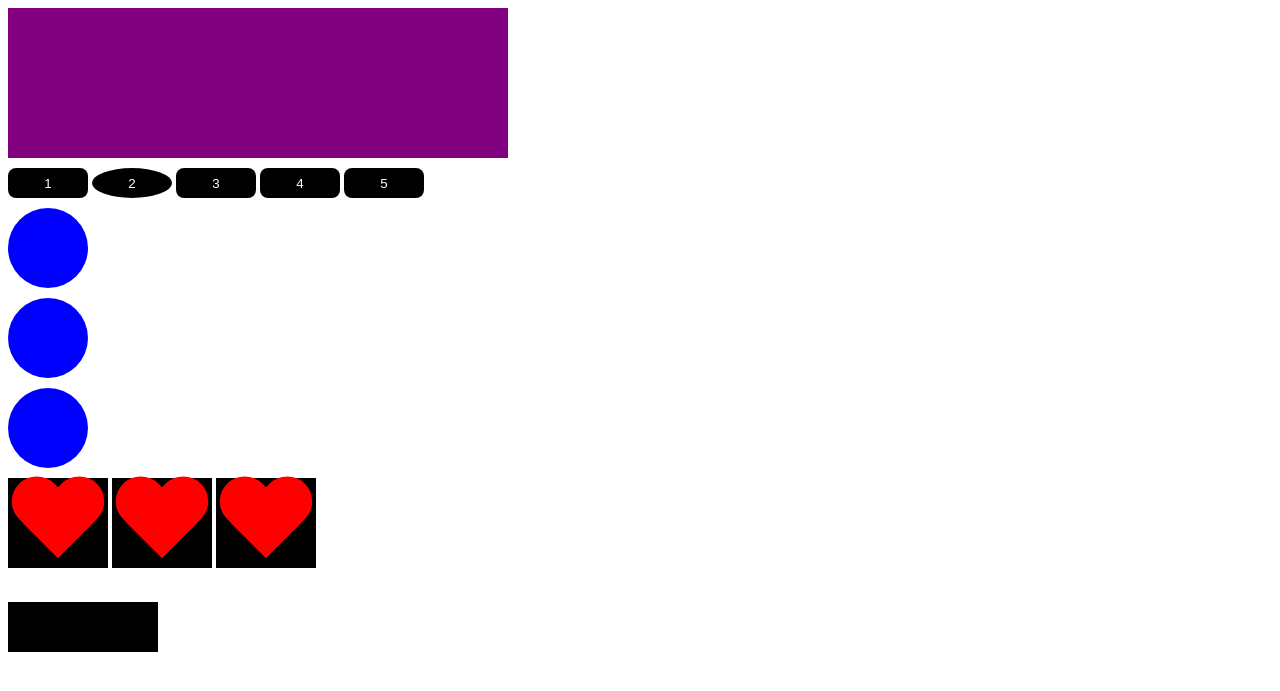
Repository: armus503/First_homework
Page: index2.html
An editor plug-in stored every save of this project. The page is shown before and after the next save, followed by the edit.
The browser window is 1280 px wide. The pictures show the whole page.

Above is the page before, as saved 2021-08-26 20:30:04.

After the next save:
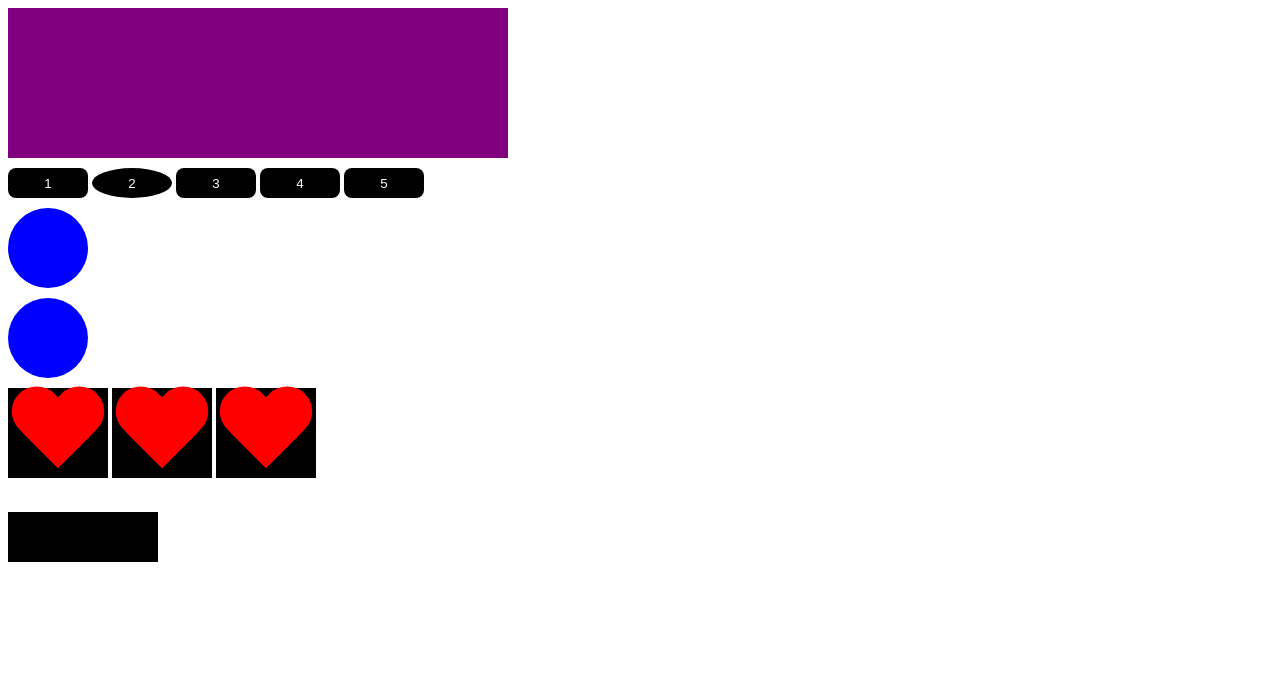
Saved 2 min 27 s later.
--- a/script2.js
+++ b/script2.js
@@ -63,3 +63,6 @@ document.body.append(div); //вставить в конец тега body эле
 
 //4)метод after(перед)
 //hearts[0].after(div); //добавить элем div после первого элем hearts
+
+//5)метод remove
+circles[0].remove();

After the save that followed:
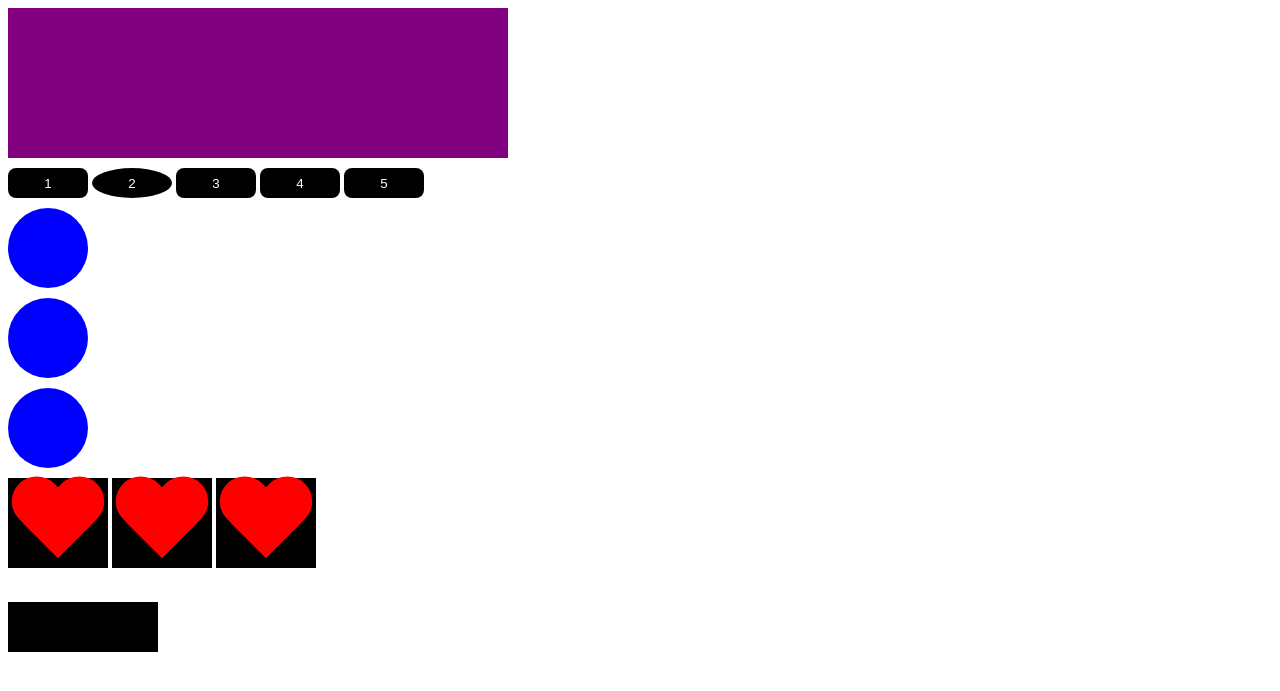
Saved 43 s later.
--- a/script2.js
+++ b/script2.js
@@ -65,4 +65,4 @@ document.body.append(div); //вставить в конец тега body эле
 //hearts[0].after(div); //добавить элем div после первого элем hearts
 
 //5)метод remove
-circles[0].remove();
+//circles[0].remove(); //удалить первый элемент из circles
